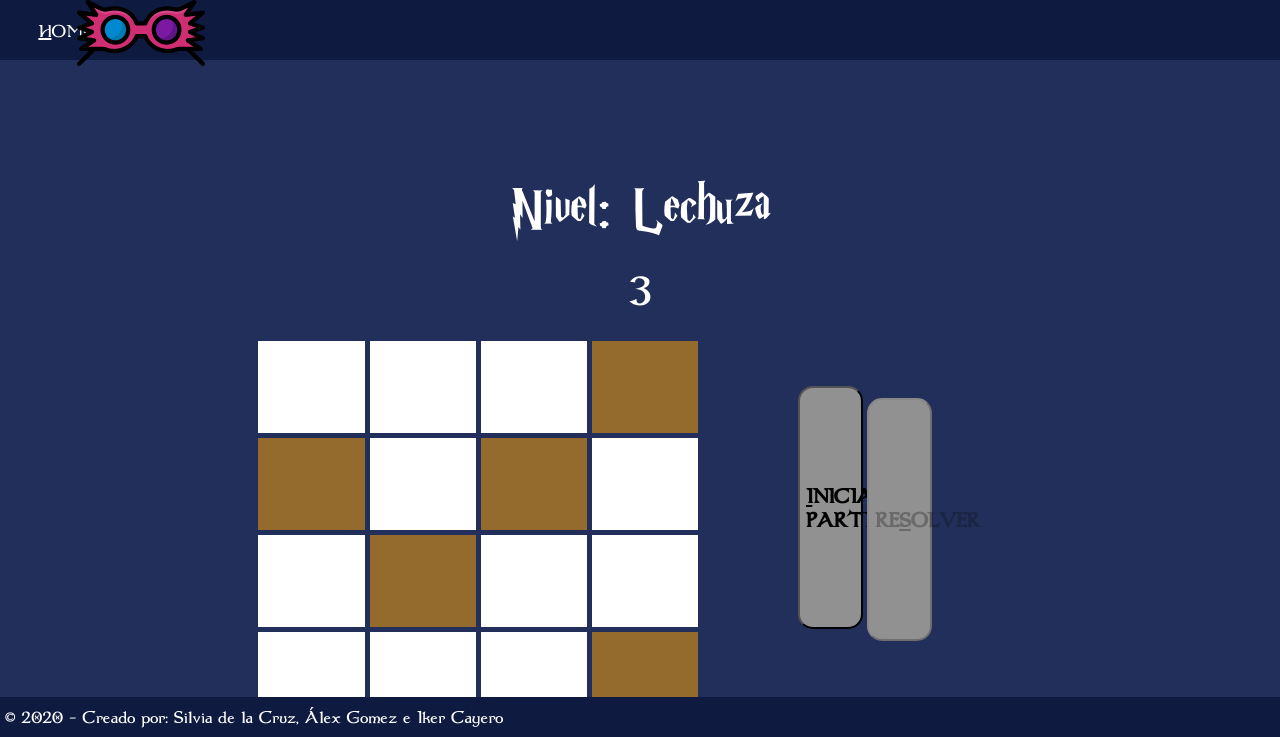
Repository: alexgomezdev/RavenclawSimon
Page: http://localhost/start.php?do=tryagain
An editor plug-in stored every save of this project. The page is shown before and after the next save, followed by the edit.
The browser window is 1280 px wide. The pictures show the whole page.
After loading, the first visible `button.button_play` was clicked once.
The page is run by PHP 8.4 with error messages shown; the project is at /var/www/html/.

Above is the page before, as saved 2020-11-06 16:49:57.

### start.php
<!DOCTYPE html>
<?php
session_start();
?>
<html lang="en">

<head>
    <link rel="stylesheet" href="templates/lib.css">
    <link rel="stylesheet" href="templates/start.css">
    <link rel="stylesheet" href="templates/general.css">
    <meta charset="UTF-8">
    <meta name="viewport" content="width=device-width, initial-scale=1.0">
    <title>Ravenclaw Simon</title>
    <audio id="start" src="templates/assets/audio/start.wav"></audio>
    <audio id="select" src="templates/assets/audio/select.mp3"></audio>
    <audio id="solve" src="templates/assets/audio/solve.mp3"></audio>
</head>

<body>
    <header>
        <div id="home_link_div">
            <a href="index.php" id="home_link" accesskey="h"><underline class="accesskey">H</underline>OME</a>
        </div>
        <div id="colorblind_button_div">
            <img src="templates/assets/icono_daltonico.png" alt="Modo daltónico" id="colorblind_icon">
        </div>
    </header>
    <div id="show_name">
        <?php
        if (isset($_POST['username'])) {
            $username = $_POST['username'];
            if (isset($_SESSION['user']) && $_SESSION['user'] != $_POST['username']) {
                session_unset();
            }
            if (isset($_SESSION['user'])) {
                echo 'Jugador: ' . $_SESSION['user'];
            } else {
                $_SESSION['user'] = $username;

                echo 'Jugador: ' . $_SESSION['user'];
            }
        } else {
            if (isset($_SESSION['user'])) {
                echo 'Jugador: ' . $_SESSION['user'];
            }
        }
        if (isset($_SESSION['lvl'])) {
            if ( isset($_GET["do"]) && $_GET["do"] == "next") {
                $_SESSION['rankPoints'] = $_SESSION['rankPoints'] + 1000;
                $_SESSION['lvl'] = $_SESSION['lvl'] + 1;
            } else if (isset($_GET["do"]) && $_GET["do"] == "tryagain") {
                $_SESSION['rankPoints'] = $_SESSION['rankPoints'] - 50;
            }
        } else {
            $_SESSION['lvl'] = 0;
        }
        if (!isset($_SESSION['rankPoints'])) {
            $_SESSION['rankPoints'] = 1000;
        }
        $archivo = file('templates/config.txt');
        $nivel = explode(";", $archivo[$_SESSION['lvl']]);
        $filas = explode("x", $nivel[1]);
        $randArray = [];
        $randNum = [];
        $segons = $nivel[3] * 1000;
        echo "</br>Nivel: " . $nivel[0];
        ?>
        <script type="text/javascript">
            var segons = <?php echo $segons; ?>

        </script>
         <div class="counter">
            <span id="countdown"></span>
        </div>
    </div>
    <script src="js/playing.js"></script>
    <div class=" maxwd just-cont-center ds-flex">
        <div class="table">
            <?php

            for ($m = 1; $m <= $nivel[2]; $m++) {
                $randNum = rand(0, ($filas[0] * $filas[1]) - 1);
                if (in_array($randNum, $randArray)) {
                    $m = $m - 1;
                } else {
                    array_push($randArray, $randNum);
                }
            }
            //echo "<PRE>" . print_r($_SESSION['lvl'], true) . "</PRE>";
            //0. NOM, 1. MATRIU, 2. PINTAR 3. SEGS, 4.CODI

            $cont = 0;
            //echo "<PRE>" . var_export($nivel, true) . "</PRE>";

            echo " <table class='tg'><tbody>";
            for ($i = 1; $i <= $filas[0]; $i++) {
                echo "<tr>";
                for ($x = 1; $x <= $filas[1]; $x++) {
                    if (in_array($cont, $randArray)) {
                        echo "<td class='tg plus'  id='. $cont . ' ' '></td>";
                        $cont = $cont + 1;
                    } else {
                        echo "<td class='tg' id='. $cont . ' '></td>";
                        $cont = $cont + 1;
                    }
                }
                echo "</tr>";
            }
            echo " </tbody> </table>";
            //echo "<PRE>" . print_r($filas, true) . "</PRE>";
            ?>
        </div>
               <div class=" ds-flex just-space-around">
            <div id="button_div">
                <button class="button_play" onclick="showNices(); updateClock(); start()" accesskey="i">
                    <h3><underline class="accesskey">I</underline>NICIAR PARTIDA</h3>
                </button>
                <button class="button_play" id="solve_button" onclick="winorlose()" accesskey="s" disabled>
                    <h3>RE<underline class="accesskey" onclick="solve()">S</underline>OLVER</h3>
                </button>
            </div>
        </div>
    </div>
    <footer>
        <div id="footer_content">
            &#0169 2020 - Creado por: Silvia de la Cruz, Álex Gomez e Iker Cayero
        </div>
    </footer>
    <script type="text/javascript" src="main.js"></script>
</body>

</html>

### templates/config.txt
Lechuza;4x4;5;3;AA11
Duendecillo;4x4;7;3;AZ21
Centauro;4x4;8;2.5;BA3G
Trol;4x4;10;2.5;S7R
Hipogrifo;5x5;7;3.5;R67T
Gigante;5x5;10;3;78K5
Dementor;5x5;13;3;OPH0
Cancerbero;5x5;14;2.5;I796
Dragón;5x5;15;2.5;9UGG
Basilisco;6x6;16;3;6GPD

### templates/lib.css
.maxwd {
  width: 100%;
}

.ds-flex {
  display: flex;
}
.just-cont-center {
  justify-content: center;
}
.just-space-around {
  justify-content: space-around;
}

### templates/start.css
.tg {
  border-collapse: collapse;
  border-width: 5px;
  width: 450px;
  height: 90px;
  background-color: white;
  border-style: solid;
  border-color: #222f5b;
}

#show_name {
  color: #ffffff;
  font-family: "Harry_Potter";
  font-size: 60px;
  width: 100%;
  text-align: center;
  margin-top: 120px;
  margin-bottom: 20px;
}

table {
  width: 100%;
  margin: 0 auto;
}

.nice {
  background-color: #946b2d;
}

#button_div {
  display: inline-block;
  margin-top: 50px;
  margin-bottom: 100px;
  text-align: center;
  width: 100%;
}

.button_play {
  border-radius: 15px;
  background-color: #919191;
  font-family: "Dumbledore";
  font-size: 20px;
  width: 20%;
  height: 100%;
}

.button_play:hover {
  color: #5d5d5d;
  background-color: #ffffff;
}

.choosed {
  background-color: aqua;
}

.counter {
  text-align: center;
  margin-top: 2%;
  font-size: 50px;
  font-family: "Dumbledore";
  color: white;
}

### templates/general.css
@font-face {
  font-family: "Harry_Potter";
  src: url("../templates/typography/HARRYP.TTF") format("truetype");
}

@font-face {
  font-family: "Dumbledore";
  src: url("../templates/typography/dumbledor.1.ttf") format("truetype");
}

html {
  min-height: 100%;
  position: relative;
}

body {
  font-family: "Dumbledore";
  background-color: #222f5b;
}

header {
  background-color: #0e1a40;
  top: 0;
  left: 0;
  position: fixed;
  width: 100%;
  height: 60px;
  display: inline-flex;
}

#home_link_div {
  margin-left: 3%;
  padding-top: 9px;
  text-align: center;
  width: 3%;
  height: 100%;
  margin-right: none;
}

#home_link {
  display: flex;
  justify-content: center;
  align-items: center;
  color: #ffffff;
  font-size: 20px;
  text-decoration: none;
  width: min-content;
  height: 60%;
  margin-top: 10%;
  margin-bottom: 10%;
}

#title {
  color: #ffffff;
  font-family: "Harry_Potter";
  font-size: 60px;
  width: 100%;
  text-align: center;
  margin-top: 120px;
}

underline {
  text-decoration: underline;
}
main {
  width: 100%;
}

footer {
  color: #ffffff;
  background-color: #0e1a40;
  bottom: 0;
  left: 0;
  position: absolute;
  width: 100%;
  height: 30px;
  display: flex;
  padding-top: 10px;
  clear: both;
}

#footer_content {
  margin-left: 5px;
  color: #ffffff;
  font-size: 20px;
  vertical-align: center;
  height: 60%;
}

### js/playing.js
var tdscorrects = document.getElementsByClassName('plus');
function hideNices (){
    for (const key of tdscorrects) {
        key.classList.remove('nice');
    }
    document.getElementById("solve_button").removeAttribute('disabled');
    var clickable = document.getElementsByClassName('tg');
    var clickable = document.getElementsByClassName('tg');
    for (const x of clickable) {
        x.setAttribute('onclick', 'choose(this.id)');
    }
    startTime =new Date();
};
function showNices(){
    for (const x of tdscorrects) {
            x.classList.add('nice');
        }
    setTimeout(hideNices,4000)

    };

function choose(id) {
    var elem = document.getElementById(id);
    if (elem.classList.contains('nice')){
        elem.classList.remove('nice');
    }else{
        elem.classList.add('nice');
    }
    document.getElementById('select').play();
};

function winorlose() {
    endTime = new Date();
    var intervalTime = endTime - startTime ;
    intervalTime = intervalTime/100;
    timeToReturn = Math.round(intervalTime);
    var playResut = document.getElementsByClassName('plus nice');
    var contNice = document.getElementsByClassName('nice')
    if ((contNice.length == tdscorrects.length) && ((playResut.length == tdscorrects.length)) ){
        window.open("success.php?tiempo="+timeToReturn, "_self");
    }else{
        window.open("gameOver.php", "_self");
    }
    // alert(playResut.length);
};

function start() {
    document.getElementById('start').play();
};

function solve() {
    document.getElementById('solve').play();
};

function updateClock() {
    var totalTime = segons / 1000;
    document.getElementById('countdown').innerHTML = totalTime;
    if(totalTime==0){
    }else{
        totalTime-=1;
        setTimeout("updateClock()",1000);
    }
}

### main.js
function cambia_color() {
    celda= document.getElementById("celda"+document.fcolor.celda.value)
    celda.style.backgroundColor=document.fcolor.micolor.value
}

After the next save:
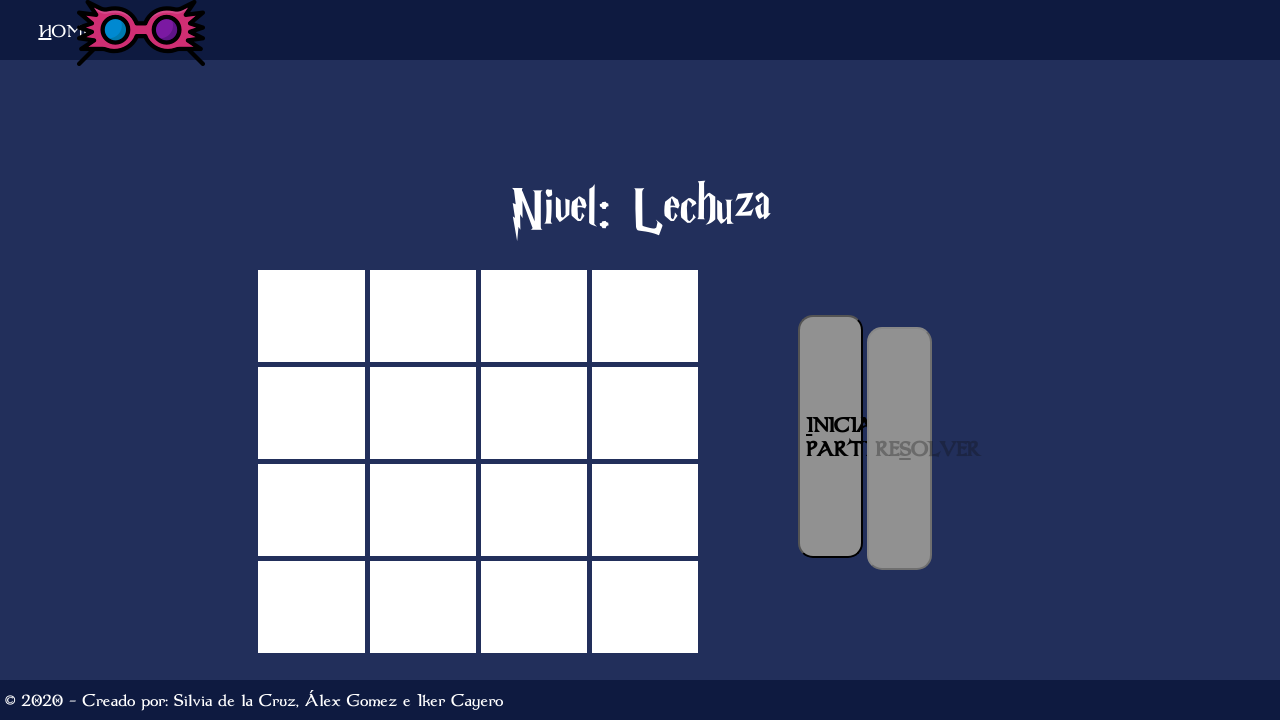
Console error: SyntaxError: Unexpected token ')'
Saved 16 s later.
--- a/js/playing.js
+++ b/js/playing.js
@@ -56,6 +56,7 @@
     var totalTime = segons / 1000;
     document.getElementById('countdown').innerHTML = totalTime;
     if(totalTime==0){
+        ()
     }else{
         totalTime-=1;
         setTimeout("updateClock()",1000);

After the save that followed:
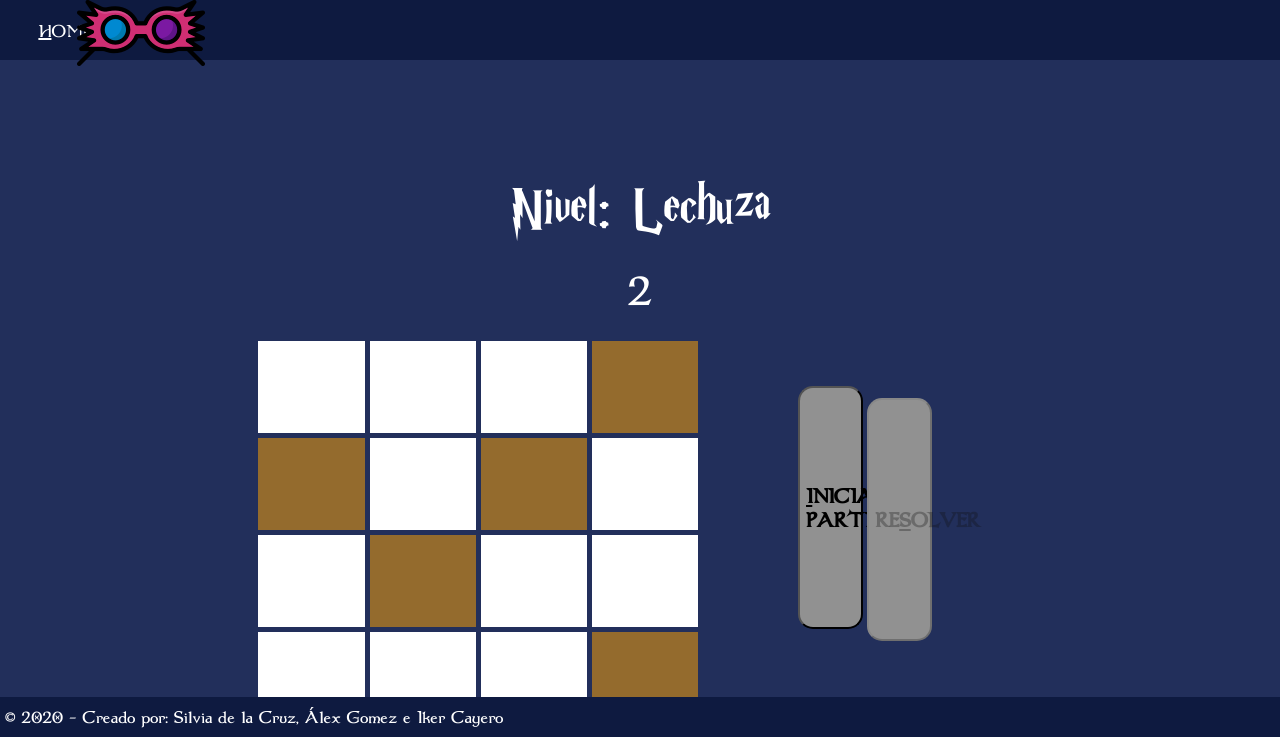
The error is gone.
Saved 79 s later.
--- a/js/playing.js
+++ b/js/playing.js
@@ -52,13 +52,13 @@
     document.getElementById('solve').play();
 };
 
+var totalTime = segons / 1000;
 function updateClock() {
-    var totalTime = segons / 1000;
-    document.getElementById('countdown').innerHTML = totalTime;
-    if(totalTime==0){
-        ()
-    }else{
-        totalTime-=1;
-        setTimeout("updateClock()",1000);
-    }
+document.getElementById('countdown').innerHTML = totalTime;
+if(totalTime==0){
+
+}else{
+totalTime-=1;
+setTimeout("updateClock()",1000);
 }
+}
